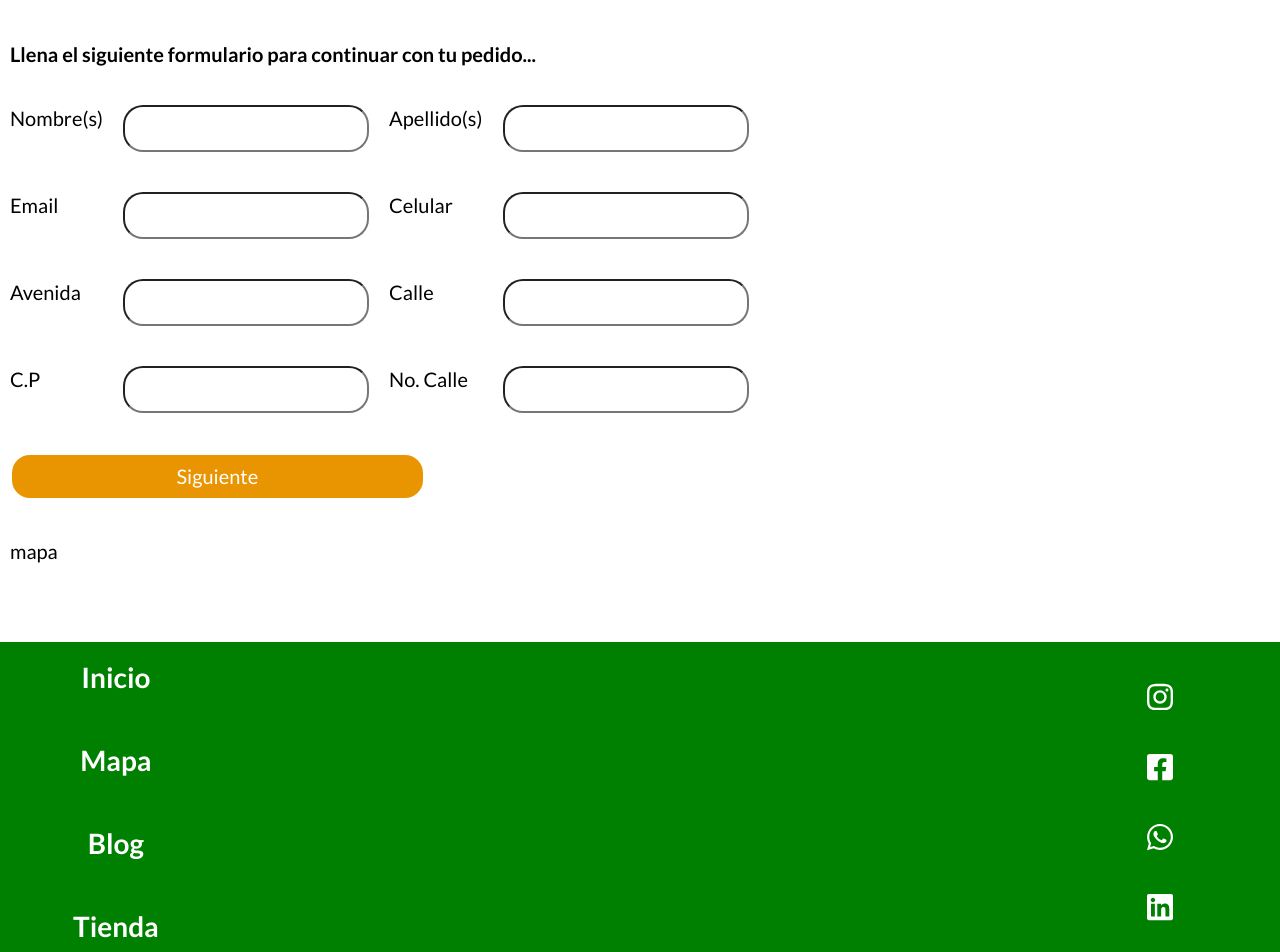
Repository: CarlosCamposRodriguez99/cv-beta-frontend
Page: /mapa
The author's editor kept a copy of each file at every save. The page is drawn from the files as they stood at one save, then again after a run of saves.
The browser window is 1280 px wide. The pictures show the part of the page from y = 360 to 1312 px (the page is 1322 px tall).
Some web fonts or font styles are not loaded; a fallback is used. The project was rebuilt for these pictures with package versions that can differ from the ones it lists, and the page was loaded fresh each time. The framework's server and built-in components were replaced by stand-ins that run in the browser. Also part of the build but not shown: next.config.js.

Above is the page before, as saved 2022-05-06 18:29:35.

After the next 3 saves:
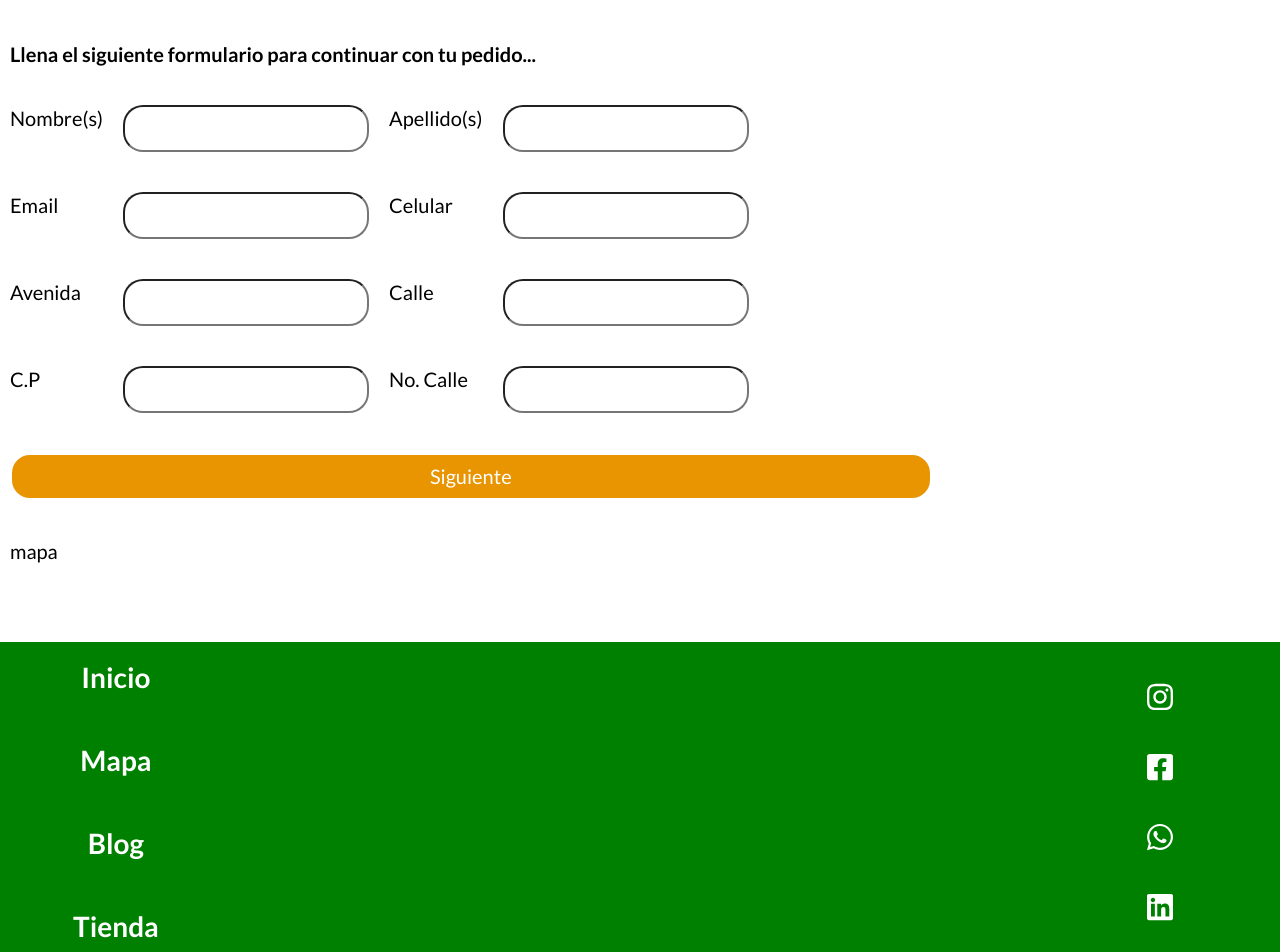
The 3 saves are shown as one change because they came seconds apart.
The last was saved 12 s later.
--- a/styles/Mapa.module.css
+++ b/styles/Mapa.module.css
@@ -51,7 +51,7 @@
 .boton {
   background-color: var(--primary);
   border: 2px solid #FFF;
-  width: 90%;
+  width: 200%;
   cursor: pointer;
   color: var(--blanco);
   justify-content: center;
